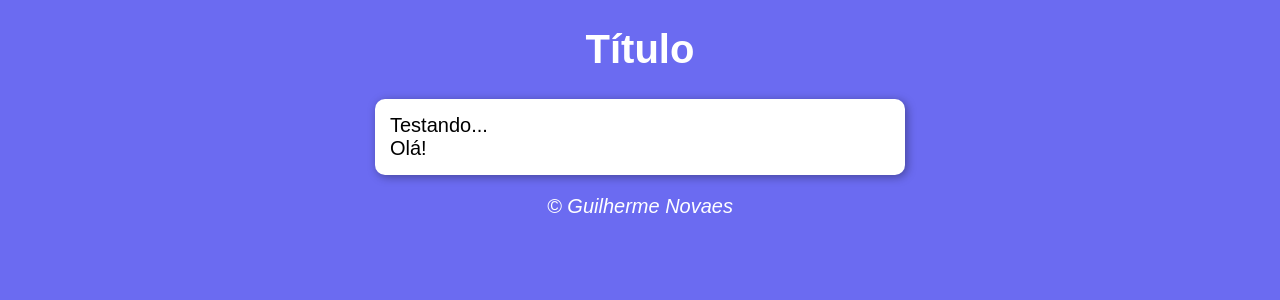
Repository: Guilherme-RNovaes/JavaScript-Curso
Page: Aula 14ex/ex017/index.html
An editor plug-in stored every save of this project. The page is shown before and after the next save, followed by the edit.
The browser window is 1280 px wide. The pictures show the whole page.

Above is the page before, as saved 2022-09-10 09:06:45.

### Aula 14ex/ex017/index.html
<!DOCTYPE html>
<html lang="pt-br">
<head>
    <meta charset="UTF-8">
    <meta http-equiv="X-UA-Compatible" content="IE=edge">
    <meta name="viewport" content="width=device-width, initial-scale=1.0">
    <title>Modelo de Exercício</title>
    <link rel="stylesheet" href="src/Style/style.css">
</head>
<body>
    <header>
        <h1>Título</h1>
    </header>
    <section>
        <div>
            Testando...
        </div>
        <div>
            Olá!
        </div>
    </section>
    <footer>
        <p>&copy; Guilherme Novaes</p>
    </footer>
    <script src="script.js"></script>
</body>
</html>

### Aula 14ex/ex017/src/Style/style.css
body{
    background-color: rgb(107, 107, 241);
    font: normal 15pt Arial;
}
header {
    color: white;
    text-align: center;
}

section{
    background-color: white;
    border-radius: 10px;
    padding: 15px;
    width: 500px;
    margin: auto;
    box-shadow: 2px 2px 10px rgba(0, 0, 0, 0.36);
}

footer{
    color: white;
    text-align: center;
    font-style: italic;
}

div img{
    width: 250px;
    height: 250px;
    border-radius: 100%;
}

Loaded but not shown: Aula 14ex/ex017/script.js (no stored copy; drawn as an empty file)

After the next save:
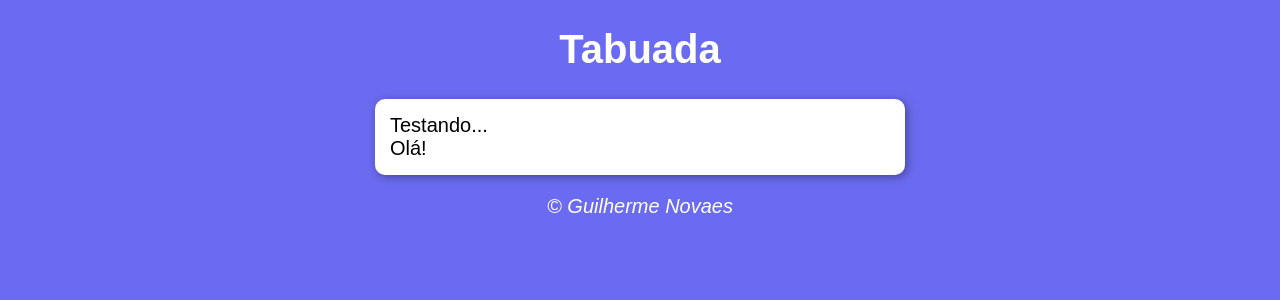
Saved 4 s later.
--- a/Aula 14ex/ex017/index.html
+++ b/Aula 14ex/ex017/index.html
@@ -9,7 +9,7 @@
 </head>
 <body>
     <header>
-        <h1>Título</h1>
+        <h1>Tabuada</h1>
     </header>
     <section>
         <div>
